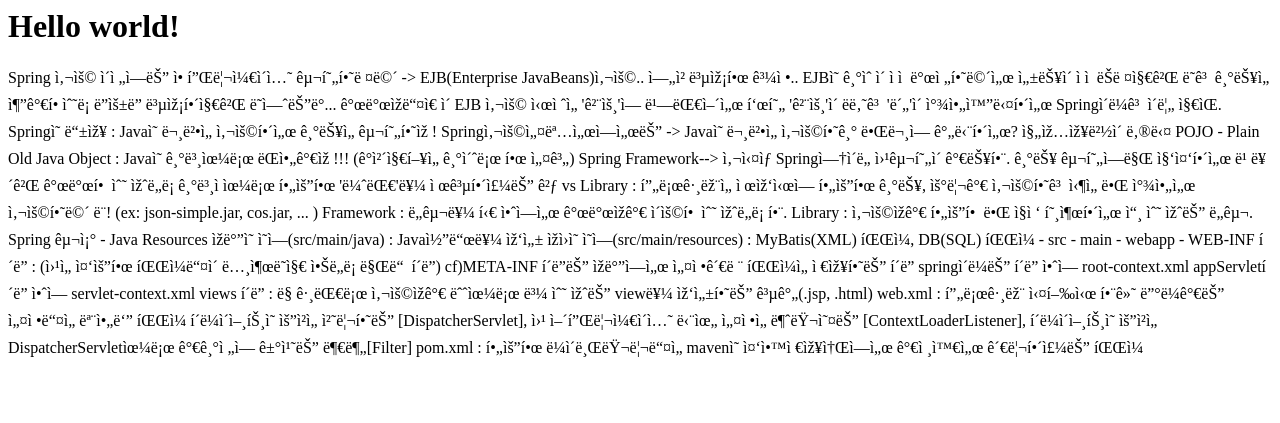
Repository: moondolph/SKKU_IT_Education
Page: http://localhost/Sep29_1_SpringMVC/
These files come from the project's save history. The page is drawn as it stood at one moment and after the next save; the edit follows.
The browser window is 1280 px wide. The pictures show the whole page.
The page is served by Tomcat 9.

Above is the page before, as saved 2022-09-29 02:50:32.

After the next save:
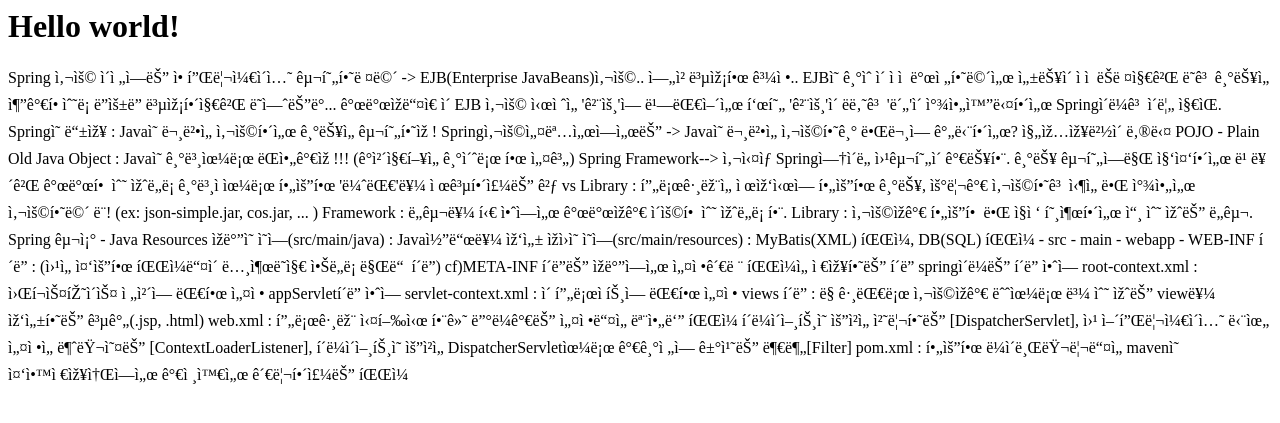
Saved 2 min 19 s later.
--- a/Sep29_1_SpringMVC/src/main/webapp/WEB-INF/views/home.jsp
+++ b/Sep29_1_SpringMVC/src/main/webapp/WEB-INF/views/home.jsp
@@ -41,7 +41,9 @@
 		cf)META-INF 폴더는 자바에서 설정관련 파일을 저장하는 폴더
 
 		spring이라는 폴더 안에 root-context.xml
+			: 워크스페이스 전체에 대한 설정
 			appServlet폴더 안에 servlet-context.xml
+			 : 이 프로젝트에 대한 설정
 
 			views 폴더 : 말 그대로 사용자가 눈으로 볼 수 있는 view를 작성하는 공간(.jsp, .html)
 
